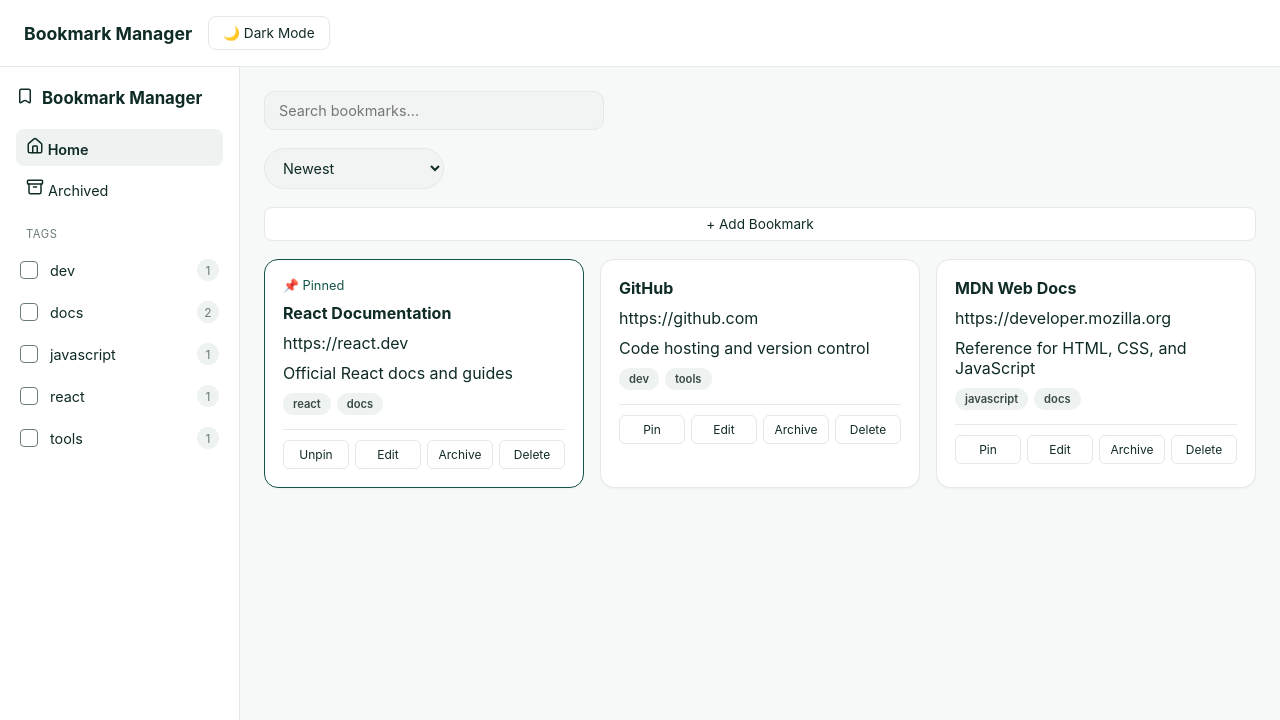
Repository: K0k1M4r/Big-Game-React
Page: /
These files come from the project's save history. The page is drawn as it stood at one moment and after the next save; the edit follows.
The browser window is 1280 px wide. The pictures show the whole page.
The project was rebuilt for these pictures with package versions that can differ from the ones it lists, and the page was loaded fresh each time. Also part of the build but not shown: vite.config.js, src/components/Modal.jsx, src/components/BookmarkForm.jsx.

Above is the page before, as saved 2026-09-23 02:19:44.

After the next save:
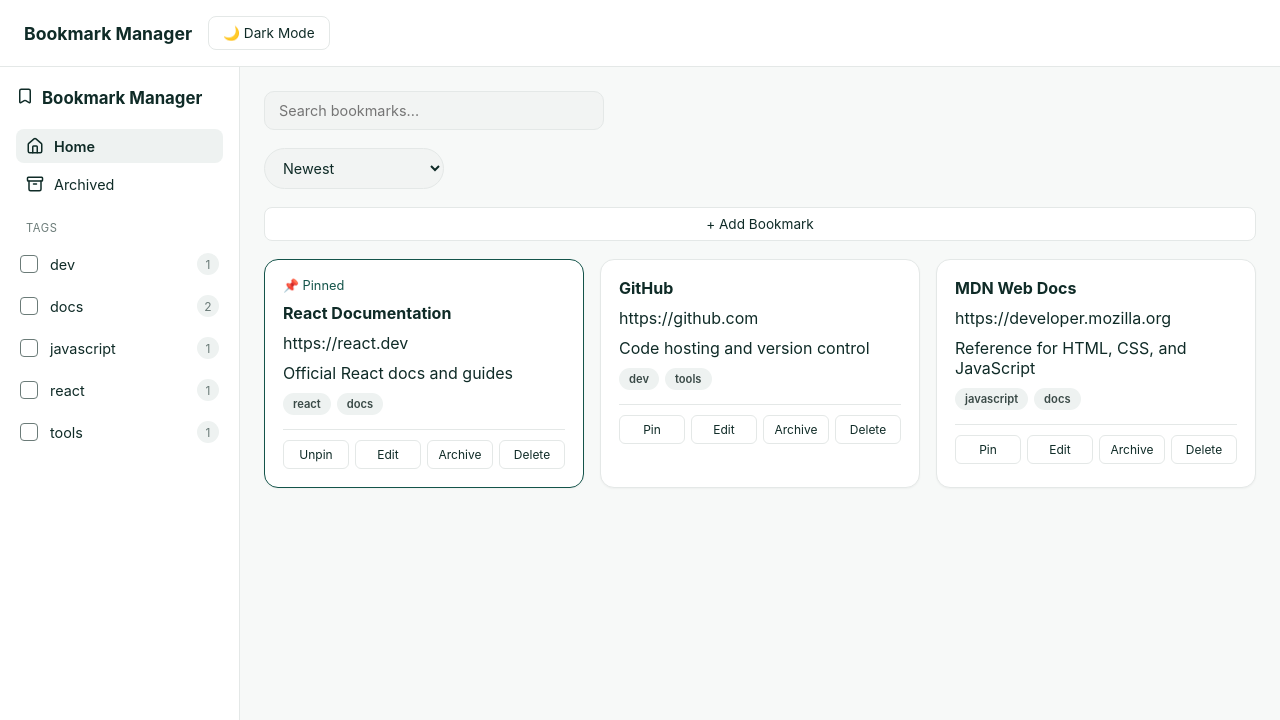
Saved 87 s later.
--- a/src/index.css
+++ b/src/index.css
@@ -127,6 +127,21 @@
   color: var(--text-color);
 }
 
+.sidebar > button {
+  display: flex;
+  align-items: center;
+  gap: 10px;
+  border: none;
+  background: transparent;
+  text-align: left;
+  width: 100%;
+  padding: 8px 10px;
+  border-radius: 8px;
+  font-size: 0.9rem;
+  color: var(--text-color);
+}
+
+
 .sidebar button.active {
   background-color: var(--tag-bg);
   font-weight: 600;
